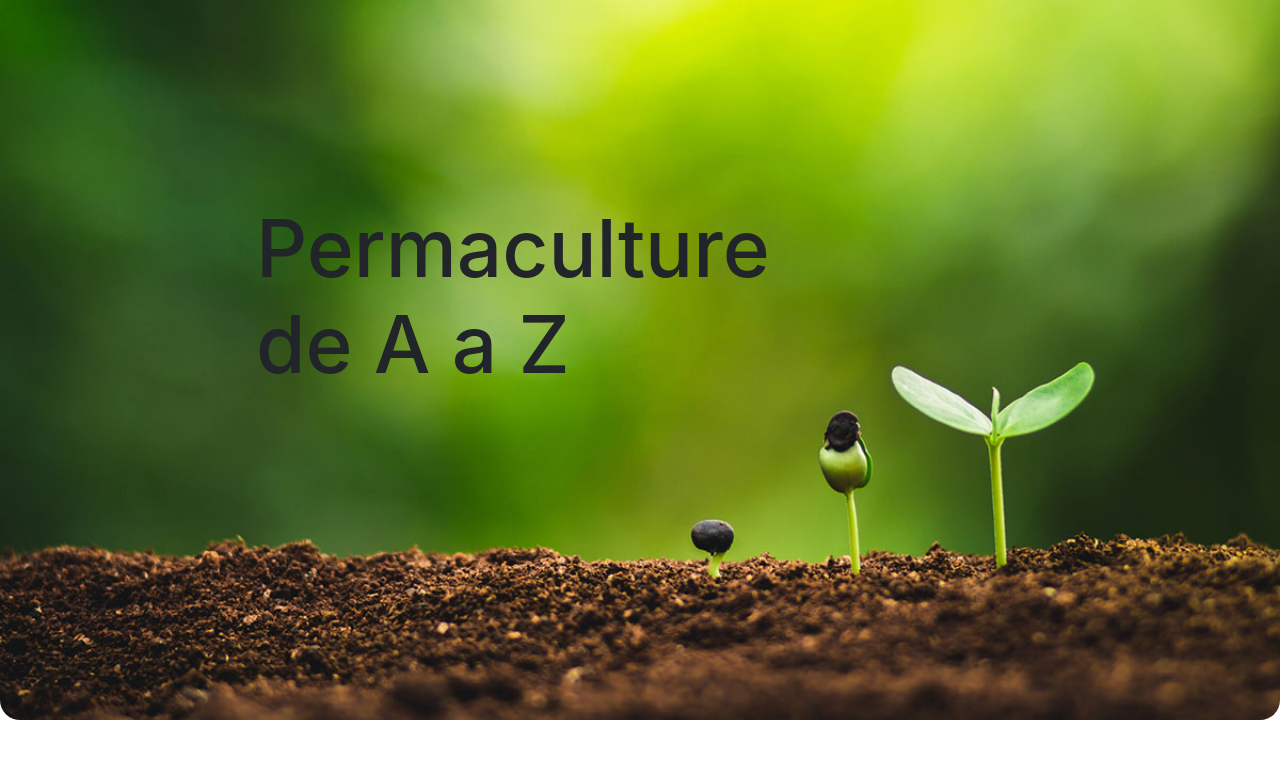
Repository: ahthionkevin/permaculture
Page: index.html
The author's editor kept a copy of each file at every save. The page is drawn from the files as they stood at one save, then again after the next save.
The browser window is 1280 px wide. The pictures show the whole page.

Above is the page before, as saved 2021-07-06 21:17:36.

After the next save:
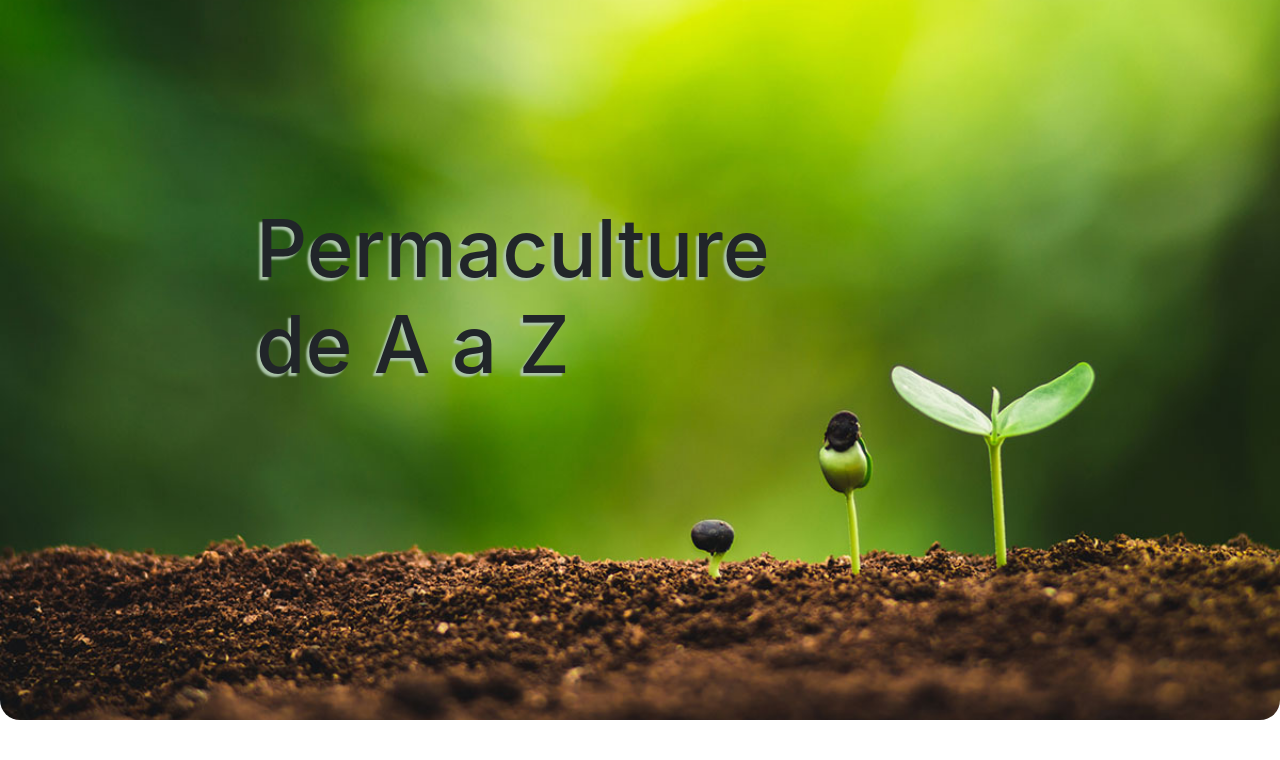
Saved 24 s later.
--- a/style.css
+++ b/style.css
@@ -17,4 +17,5 @@ header{
 h1{
     font-size: 5rem;
     padding: 200px 0 0 20%;
+    text-shadow: -3px 3px 2px #abc5a9;
 }
